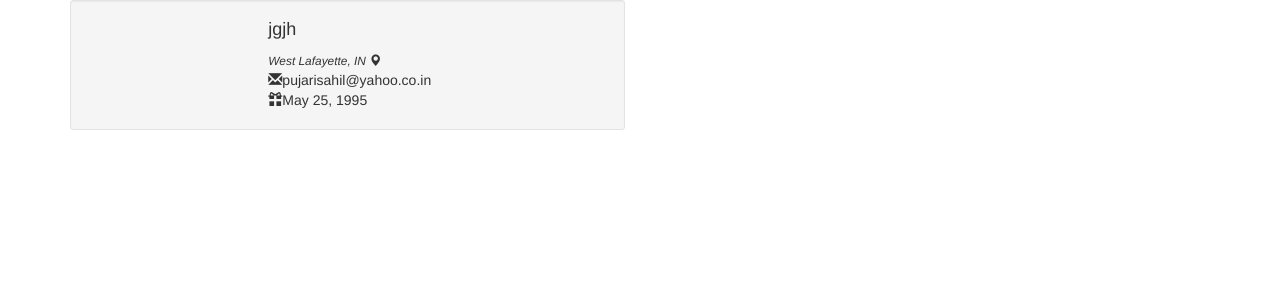
Repository: pujarisahil/Shinsa
Page: http://localhost/auth/facebook
The author's editor kept a record of every edit. The page is drawn from the files as they stood at one moment, then again after the next edit.
The browser window is 1280 px wide. The pictures show the whole page.
Some web libraries are served in a nearby version. The page is served by the project's Node server (app.js).

Above is the page before.
Console error: ReferenceError: myFunction is not defined

### updated webapp/views/profile.ejs
<!DOCTYPE html>
<html>
<head>
	<link rel="stylesheet" href="https://maxcdn.bootstrapcdn.com/bootstrap/3.3.6/css/bootstrap.min.css" integrity="sha384-1q8mTJOASx8j1Au+a5WDVnPi2lkFfwwEAa8hDDdjZlpLegxhjVME1fgjWPGmkzs7" crossorigin="anonymous">
	<link rel="stylesheet" href="https://maxcdn.bootstrapcdn.com/font-awesome/4.5.0/css/font-awesome.min.css">
</head>
<body onload="myFunction()" >
	<script>
		(function(d, s, id){
			var js, fjs = d.getElementsByTagName(s)[0];
			if (d.getElementById(id)) {return;}
			js = d.createElement(s); js.id = id;
			js.src="https://connect.facebook.net/en_US/all.js";
			fjs.parentNode.insertBefore(js, fjs);
		}(document, 'script', 'facebook-jssdk'));

		window.fbAsyncInit = function() {
			FB.init({
				appId      : '611923268955973',
				xfbml      : true,
				version    : 'v2.5'
			});
		};

		function login() {
			FB.login(function(response) {
				// document.getElementById("nameFunction").innerHTML = localStorage.getItem("UserName");
				if(response.status === 'connected') {
					console.log("something");
					getInfo();
					document.getElementById('status').innerHTML = "I was called";
				} else if(response.stats === 'not_authorized') {
					console.log("something");
					document.getElementById('status').innerHTML = 'Not logged in';
				} else {
					console.log("something");
					document.getElementById('status').innerHTML = 'Not logged in';
				}
			}, {scope: 'email, public_profile'});
		}

		function myfunction() {
			console.log("I was run");
		}

		function getInfo() {
			FB.api('/me', 'GET', {fields: 'first_name, last_name, name, id'}, function(response) {
				// document.getElementById('status').innerHTML = response.name;
				document.getElementById('nameFunction').innerHTML = "WTF BRO";
				document.getElementById("nameFunction").innerHTML = localStorage.getItem("UserName");
			});
		}

	</script>

	<div id="status">
	</div>
	<div class="container">
		<div class="row">
			<div class="col-xs-12 col-sm-6 col-md-6">
				<div class="well well-sm">
					<div class="row">
						<div class="col-sm-6 col-md-4">
						</div>
						<div class="col-sm-6 col-md-8">
							<h4 id="nameFunction">jgjh</h4>
							<small><cite title="San Francisco, USA">West Lafayette, IN <i class="glyphicon glyphicon-map-marker">
							</i></cite></small>
							<p>
								<i class="glyphicon glyphicon-envelope"></i>pujarisahil@yahoo.co.in
								<br />
								<i class="glyphicon glyphicon-gift"></i>May 25, 1995</p>
							</div>
						</div>
					</div>
				</div>
			</div>
		</div>
	</body>
	</html>

### updated webapp/app.js
var express = require("express");
var app = express();

app.set("view engine", "ejs");

app.get("/", function(req, res) {
    res.render("landing");
});

app.get("/register", function(req, res) {
  res.render("register");
});

app.post("/register", function(req, res){
    res.send("Congratulations, you played yourself");
});

app.post("/login", function(req, res){
    res.send("Congratulations, you played yourself");
});

app.get("/auth/facebook", function(req, res){
  res.render("profile");
});

app.get("/login", function(req, res) {
  res.render("login");
});

app.listen(process.env.PORT, process.env.IP, function() {
    console.log("It has started bro");
});

After the next edit:
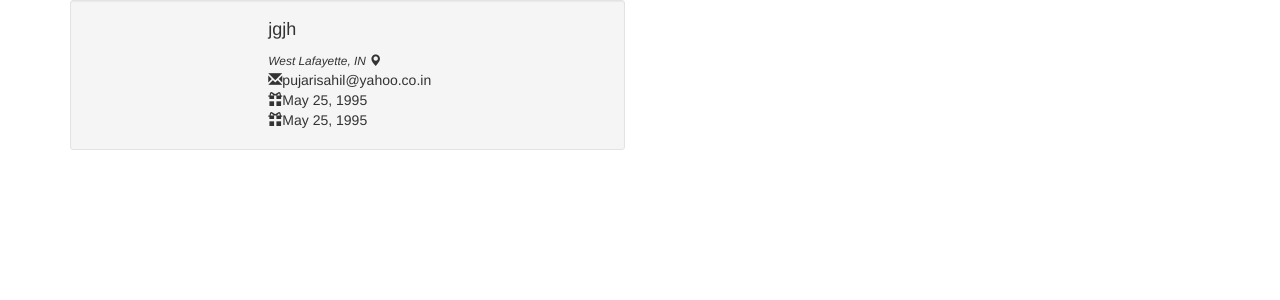
The edit:
--- a/updated webapp/views/profile.ejs
+++ b/updated webapp/views/profile.ejs
@@ -69,6 +69,8 @@
 							<p>
 								<i class="glyphicon glyphicon-envelope"></i>pujarisahil@yahoo.co.in
 								<br />
+								<i class="glyphicon glyphicon-gift"></i>May 25, 1995
+								<br />
 								<i class="glyphicon glyphicon-gift"></i>May 25, 1995</p>
 							</div>
 						</div>
